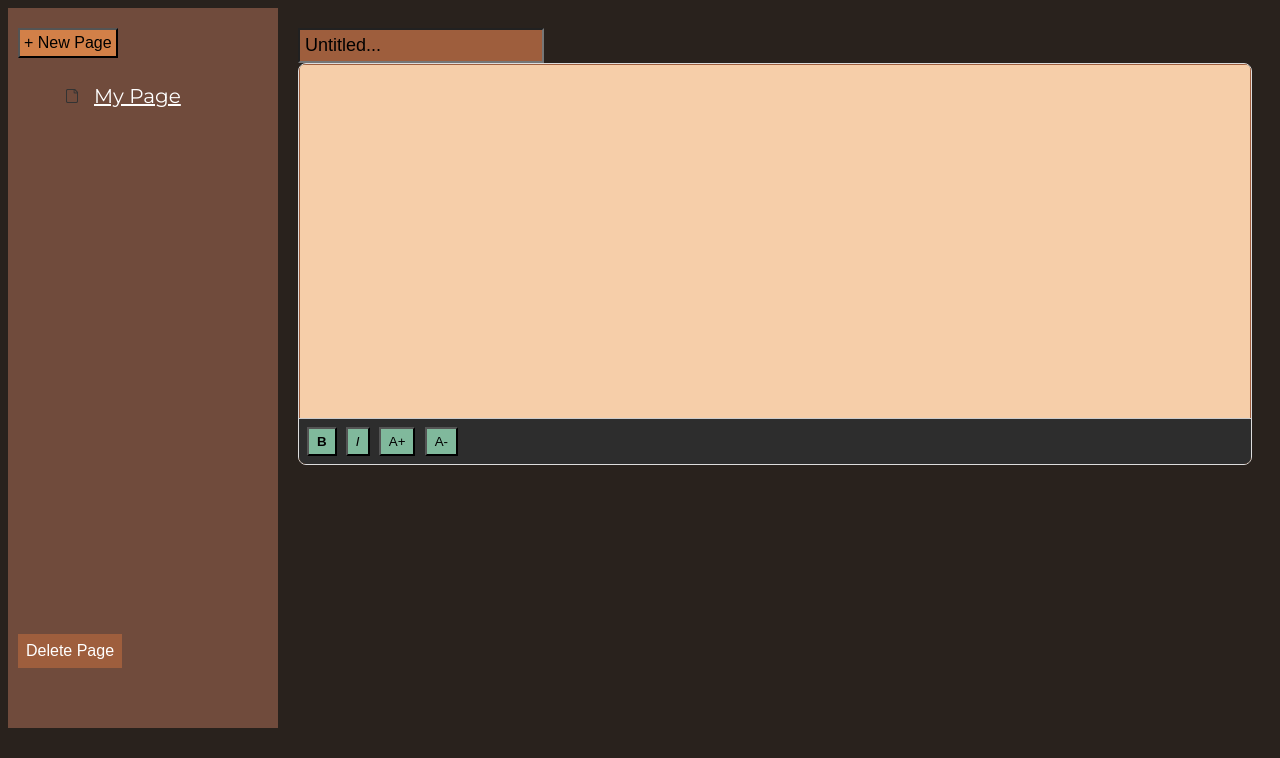
Repository: Dharshinimk-521/notes-app
Page: index.html
An editor plug-in stored every save of this project. The page is shown before and after the next save, followed by the edit.
The browser window is 1280 px wide. The pictures show the whole page.

Above is the page before, as saved 2026-04-18 23:12:29.

After the next save:
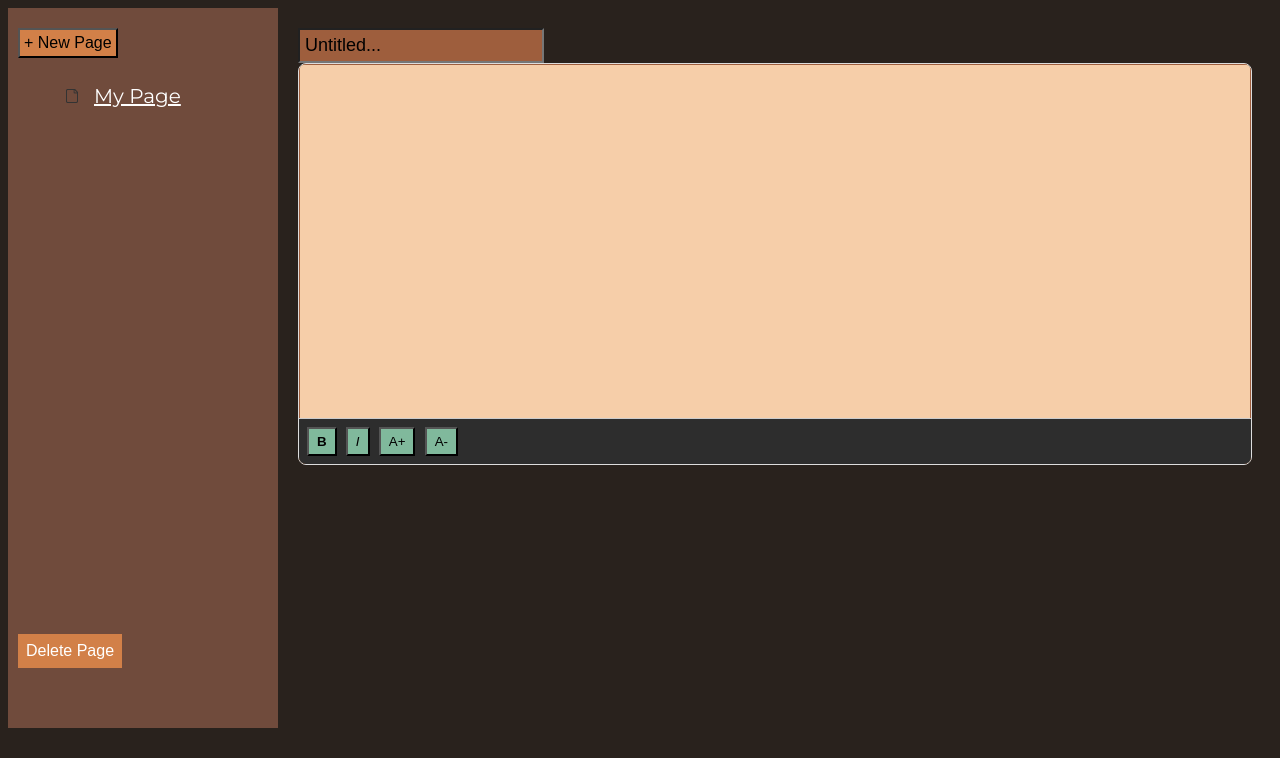
Saved 15 s later.
--- a/style.css
+++ b/style.css
@@ -47,7 +47,7 @@ body{
 #deletePageBtn {
     margin-top: 500px;
   margin-bottom: 90px;
-  background: #9E5E3D;
+  background: #D28048;
   color: white;
   border: none;
   padding: 8px;
